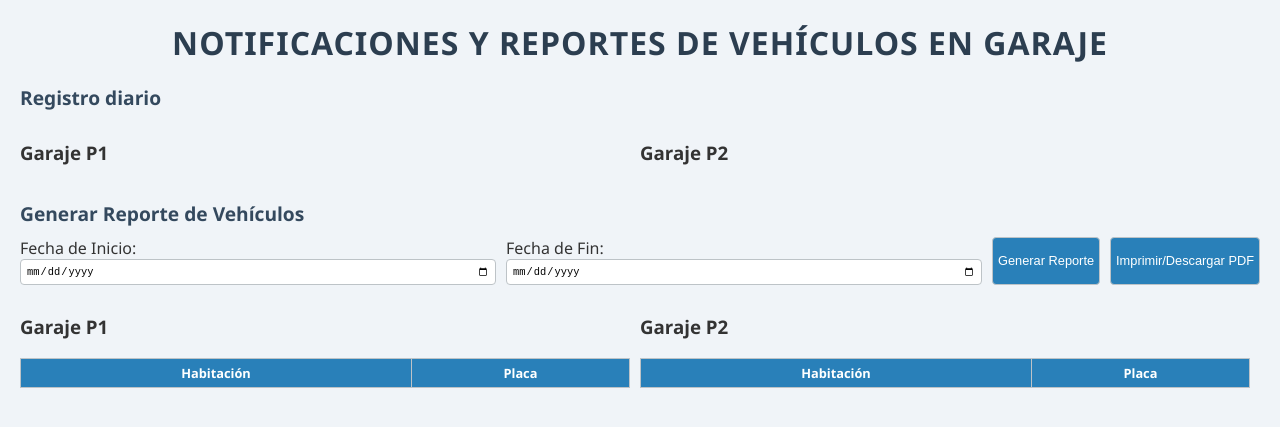
Repository: EddyWebz/REPOSITORIO-BASE-DATOS
Page: privado/report.html
These files come from the project's save history. The page is drawn as it stood at one moment and after the next save; the edit follows.
The browser window is 1280 px wide. The pictures show the whole page.
The page's requests for data from a server got no answer.

Above is the page before, as saved 2024-08-15 12:20:47.

### privado/report.html
<!DOCTYPE html>
<html lang="es">
<head>
    <meta charset="UTF-8">
    <meta name="viewport" content="width=device-width, initial-scale=1.0">
    <title>Notificaciones y Reportes de Vehículos</title>
    <!-- Vinculación al archivo CSS de notificaciones -->
    <link rel="stylesheet" href="/notif.css">
</head>
<body>
    <!-- Encabezado de la página -->
    <header>
        <h1>Notificaciones y Reportes de Vehículos en Garaje</h1>
    </header>

    <!-- Sección de Notificaciones Activas -->
    <section id="notificaciones">
        <h2>Registro diario</h2>
        <div class="notificaciones-garajes">
            <div class="garaje">
                <h3>Garaje P1</h3>
                <div id="notificaciones-contenedor-P1" class="notificaciones-contenedor">
                    <!-- Las notificaciones dinámicas de P1 se insertarán aquí -->
                </div>
            </div>
            <div class="garaje">
                <h3>Garaje P2</h3>
                <div id="notificaciones-contenedor-P2" class="notificaciones-contenedor">
                    <!-- Las notificaciones dinámicas de P2 se insertarán aquí -->
                </div>
            </div>
        </div>
    </section>

    <!-- Sección de Reportes -->
    <section id="reportes">
        <h2>Generar Reporte de Vehículos</h2>
        <form id="form-reporte">
            <div class="form-group">
                <label for="fecha-inicio">Fecha de Inicio:</label>
                <input type="date" id="fecha-inicio" name="fecha-inicio" required>
            </div>
            <div class="form-group">
                <label for="fecha-fin">Fecha de Fin:</label>
                <input type="date" id="fecha-fin" name="fecha-fin" required>
            </div>
            <button type="submit">Generar Reporte</button>
            <!-- Botón de Imprimir -->
            <button type="button" id="btn-imprimir">Imprimir/Descargar PDF</button>
        </form>

        <div class="reportes-garajes">
            <div class="garaje">
                <h3>Garaje P1</h3>
                <table id="tabla-reporte-P1" class="compact-table">
                    <thead>
                        <tr>
                            <th>Habitación</th>
                            <th>Placa</th>
                        </tr>
                    </thead>
                    <tbody>
                        <!-- Las filas de datos se insertarán dinámicamente aquí -->
                    </tbody>
                </table>
            </div>

            <div class="garaje">
                <h3>Garaje P2</h3>
                <table id="tabla-reporte-P2" class="compact-table">
                    <thead>
                        <tr>
                            <th>Habitación</th>
                            <th>Placa</th>
                        </tr>
                    </thead>
                    <tbody>
                        <!-- Las filas de datos se insertarán dinámicamente aquí -->
                    </tbody>
                </table>
            </div>
        </div>
    </section>

    <!-- Vinculación al archivo JavaScript de notificaciones y reportes -->
    <script src="/report.js"></script>
</body>
</html>

### BASE-2/notif.css
/* Estilos Generales */
body {
    font-family: 'Segoe UI', Tahoma, Geneva, Verdana, sans-serif;
    background-color: #f0f4f8;
    color: #333;
    margin: 20px;
    padding: 0;
    box-sizing: border-box;
}

/* Encabezado */
header h1 {
    text-align: center;
    color: #2c3e50;
    font-size: 2em;
    margin-bottom: 20px;
    text-transform: uppercase;
    letter-spacing: 1px;
    animation: fadeIn 1s ease-in-out;
}

/* Sección de Notificaciones */
#notificaciones h2 {
    color: #34495e;
    margin-bottom: 10px;
    font-size: 1.2em;
    animation: fadeIn 1s ease-in-out;
}

.notificaciones-garajes {
    display: flex;
    justify-content: space-between; /* Permite que los contenedores de garaje ocupen todo el ancho */
}

.garaje {
    flex: 1;
    margin-right: 10px;
}

.notificaciones-contenedor {
    display: flex;
    flex-direction: column;
    gap: 5px;
    animation: slideInUp 0.5s ease-in-out;
}

.notificacion {
    background-color: #ffffff;
    border-left: 3px solid #2980b9;
    padding: 5px;
    box-shadow: 0 2px 4px rgba(0, 0, 0, 0.1);
    border-radius: 4px;
    width: 100%;  /* Ocupa todo el ancho disponible */
    transition: transform 0.3s ease, box-shadow 0.3s ease;
    cursor: pointer;
}

.notificacion:hover {
    transform: translateY(-2px);
    box-shadow: 0 4px 6px rgba(0, 0, 0, 0.15);
}

/* Sección de Reportes */
#reportes h2 {
    color: #34495e;
    margin-bottom: 10px;
    font-size: 1.2em;
    animation: fadeIn 1s ease-in-out;
}

#form-reporte {
    display: flex;
    flex-wrap: wrap;
    gap: 10px;
    margin-bottom: 10px;
}

.form-group {
    display: flex;
    flex-direction: column;
    flex: 1;
    min-width: 100px;
}

#form-reporte input, #form-reporte button {
    padding: 5px;
    border-radius: 4px;
    border: 1px solid #bdc3c7;
    font-size: 0.8em;
}

#form-reporte button {
    background-color: #2980b9;
    color: #ffffff;
    cursor: pointer;
    transition: background-color 0.3s ease, transform 0.3s ease;
}

#form-reporte button:hover {
    background-color: #3498db;
    transform: translateY(-2px);
}

/* Tablas de Reportes */
.reportes-garajes {
    display: flex;
    justify-content: space-between; /* Permite que las tablas de garaje ocupen todo el ancho */
}

.garaje {
    flex: 1;
    margin-right: 10px;
}

.compact-table {
    width: 100%;
    border-collapse: collapse;
    margin-bottom: 10px;
    font-size: 0.8em;
}

.compact-table th, .compact-table td {
    border: 1px solid #bdc3c7;
    padding: 5px;
    text-align: center;
    background-color: #ecf0f1;
    color: #2c3e50;
    transition: background-color 0.3s ease;
}

.compact-table th {
    background-color: #2980b9;
    color: white;
}

.compact-table tr:nth-child(even) {
    background-color: #f7f9f9;
}

.compact-table tr:hover {
    background-color: #e1ecf4;
}

/* Animaciones */
@keyframes fadeIn {
    0% { opacity: 0; }
    100% { opacity: 1; }
}

@keyframes slideInUp {
    0% {
        transform: translateY(30px);
        opacity: 0;
    }
    100% {
        transform: translateY(0);
        opacity: 1;
    }
}

/* Estilos específicos para impresión */
@media print {
    body {
        background-color: white; /* Asegura un fondo blanco para la impresión */
        color: black; /* Asegura que el texto sea negro */
    }

    #reportes h2, #reportes h3 {
        color: black; /* Asegura que los títulos sean visibles */
    }

    #reportes table {
        width: 100%;
        border-collapse: collapse;
    }

    #reportes th, #reportes td {
        border: 1px solid #000; /* Asegura que las líneas de la tabla sean visibles */
        padding: 5px;
        text-align: center;
        background-color: white; /* Fondo blanco para asegurar visibilidad */
        color: black; /* Texto negro para asegurar visibilidad */
    }

    #reportes th {
        background-color: #ddd; /* Fondo gris para los encabezados de tabla */
        color: black; /* Asegura que el texto sea visible */
    }

    #reportes td {
        color: black; /* Asegura que el texto sea visible */
    }

    /* Ocultar elementos no necesarios en la impresión */
    button, #form-reporte {
        display: none;
    }

    /* Ajuste para impresión en una sola página */
    #reportes {
        page-break-before: always;
    }
}

### BASE-2/report.js
document.addEventListener('DOMContentLoaded', () => {
    actualizarNotificaciones();
    generarReporteAutomatico(); // Generar el reporte automáticamente al cargar la página
    configurarFormularioReporte(); // Mantener la funcionalidad manual del reporte

    // Configurar auto-actualización cada 5 minutos para notificaciones y reporte
    setInterval(actualizarNotificaciones, 5 * 60 * 1000);
    setInterval(generarReporteAutomatico, 5 * 60 * 1000);


// Función para obtener y actualizar las notificaciones activas
function actualizarNotificaciones() {
    fetch('/api/notas/notificaciones')
        .then(response => response.json())
        .then(data => {
            console.log('Notificaciones recibidas:', data); // Para depuración

            const contenedorP1 = document.getElementById('notificaciones-contenedor-P1');
            const contenedorP2 = document.getElementById('notificaciones-contenedor-P2');
            contenedorP1.innerHTML = ''; // Limpiar contenido previo
            contenedorP2.innerHTML = ''; // Limpiar contenido previo

            data.P1.forEach(notificacion => {
                const div = document.createElement('div');
                div.classList.add('notificacion');
                div.innerHTML = `<p><strong>Habitación:</strong> ${notificacion.habitacion} <strong>Placa:</strong> ${notificacion.plate}</p>`;
                contenedorP1.appendChild(div);
            });

            data.P2.forEach(notificacion => {
                const div = document.createElement('div');
                div.classList.add('notificacion');
                div.innerHTML = `<p><strong>Habitación:</strong> ${notificacion.habitacion} <strong>Placa:</strong> ${notificacion.plate}</p>`;
                contenedorP2.appendChild(div);
            });
        })
        .catch(error => console.error('Error al obtener notificaciones:', error));
}

// Función para generar y actualizar el reporte automático de vehículos en garaje
function generarReporteAutomatico() {
    fetch('/api/notas/reportes')
        .then(response => response.json())
        .then(data => {
            console.log('Datos del reporte recibidos:', data); // Para depuración

            const tbodyP1 = document.getElementById('tabla-reporte-P1').querySelector('tbody');
            const tbodyP2 = document.getElementById('tabla-reporte-P2').querySelector('tbody');
            tbodyP1.innerHTML = ''; // Limpiar contenido previo
            tbodyP2.innerHTML = ''; // Limpiar contenido previo

            data.P1.forEach(registro => {
                const tr = document.createElement('tr');
                tr.innerHTML = `<td>${registro.habitacion}</td><td>${registro.plate}</td>`;
                tbodyP1.appendChild(tr);
            });

            data.P2.forEach(registro => {
                const tr = document.createElement('tr');
                tr.innerHTML = `<td>${registro.habitacion}</td><td>${registro.plate}</td>`;
                tbodyP2.appendChild(tr);
            });
        })
        .catch(error => console.error('Error al generar el reporte:', error));
}

// Función para configurar el formulario de generación de reportes manuales
function configurarFormularioReporte() {
    const form = document.getElementById('form-reporte');
    form.addEventListener('submit', (e) => {
        e.preventDefault();

        const fechaInicio = document.getElementById('fecha-inicio').value;
        const fechaFin = document.getElementById('fecha-fin').value;

        fetch(`/api/notas/reportes?fechaInicio=${fechaInicio}&fechaFin=${fechaFin}`)
            .then(response => response.json())
            .then(data => {
                console.log('Datos del reporte recibidos:', data); // Para depuración

                const tbodyP1 = document.getElementById('tabla-reporte-P1').querySelector('tbody');
                const tbodyP2 = document.getElementById('tabla-reporte-P2').querySelector('tbody');
                tbodyP1.innerHTML = ''; // Limpiar contenido previo
                tbodyP2.innerHTML = ''; // Limpiar contenido previo

                data.P1.forEach(registro => {
                    const tr = document.createElement('tr');
                    tr.innerHTML = `<td>${registro.habitacion}</td><td>${registro.plate}</td>`;
                    tbodyP1.appendChild(tr);
                });

                data.P2.forEach(registro => {
                    const tr = document.createElement('tr');
                    tr.innerHTML = `<td>${registro.habitacion}</td><td>${registro.plate}</td>`;
                    tbodyP2.appendChild(tr);
                });
            })
            .catch(error => console.error('Error al generar el reporte:', error));
    });
}


    // Configurar botón de impresión/descarga
    document.getElementById('btn-imprimir').addEventListener('click', imprimirReporte);

// Configurar botón de impresión/descarga
document.getElementById('btn-imprimir').addEventListener('click', imprimirReporte);
    // Refrescar la página después de cerrar el cuadro de diálogo de impresión
    window.addEventListener('afterprint', function() {
        window.location.reload();
    });
// Función para imprimir o descargar el reporte como PDF
function imprimirReporte() {
    // Verificar si la página ya ha sido recargada
    if (!window.location.hash) {
        window.location = window.location + '#imprimir';
        window.location.reload();
    } else {
        // Si ya ha sido recargada, procede a imprimir solo la parte del reporte
        const printContents = document.getElementById('reportes').innerHTML;
        const originalContents = document.body.innerHTML;

        document.body.innerHTML = printContents;
        window.print();
        document.body.innerHTML = originalContents;

        // Esto es para evitar que la URL tenga el hash #imprimir
        window.history.replaceState('', document.title, window.location.pathname);
    }
}

});

After the next save:
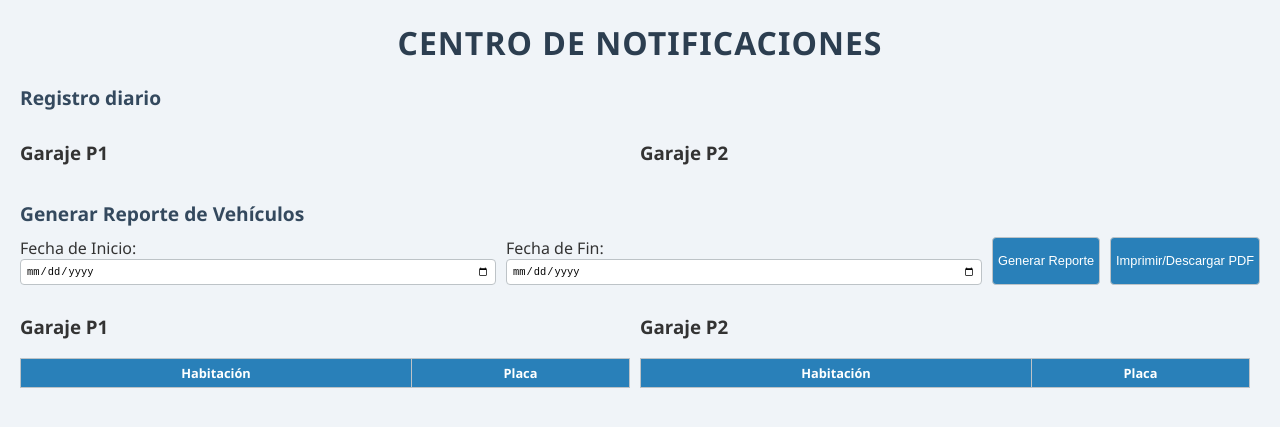
Saved 15 min 40 s later.
--- a/privado/report.html
+++ b/privado/report.html
@@ -10,7 +10,7 @@
 <body>
     <!-- Encabezado de la página -->
     <header>
-        <h1>Notificaciones y Reportes de Vehículos en Garaje</h1>
+        <h1>Centro de Notificaciones</h1>
     </header>
 
     <!-- Sección de Notificaciones Activas -->
